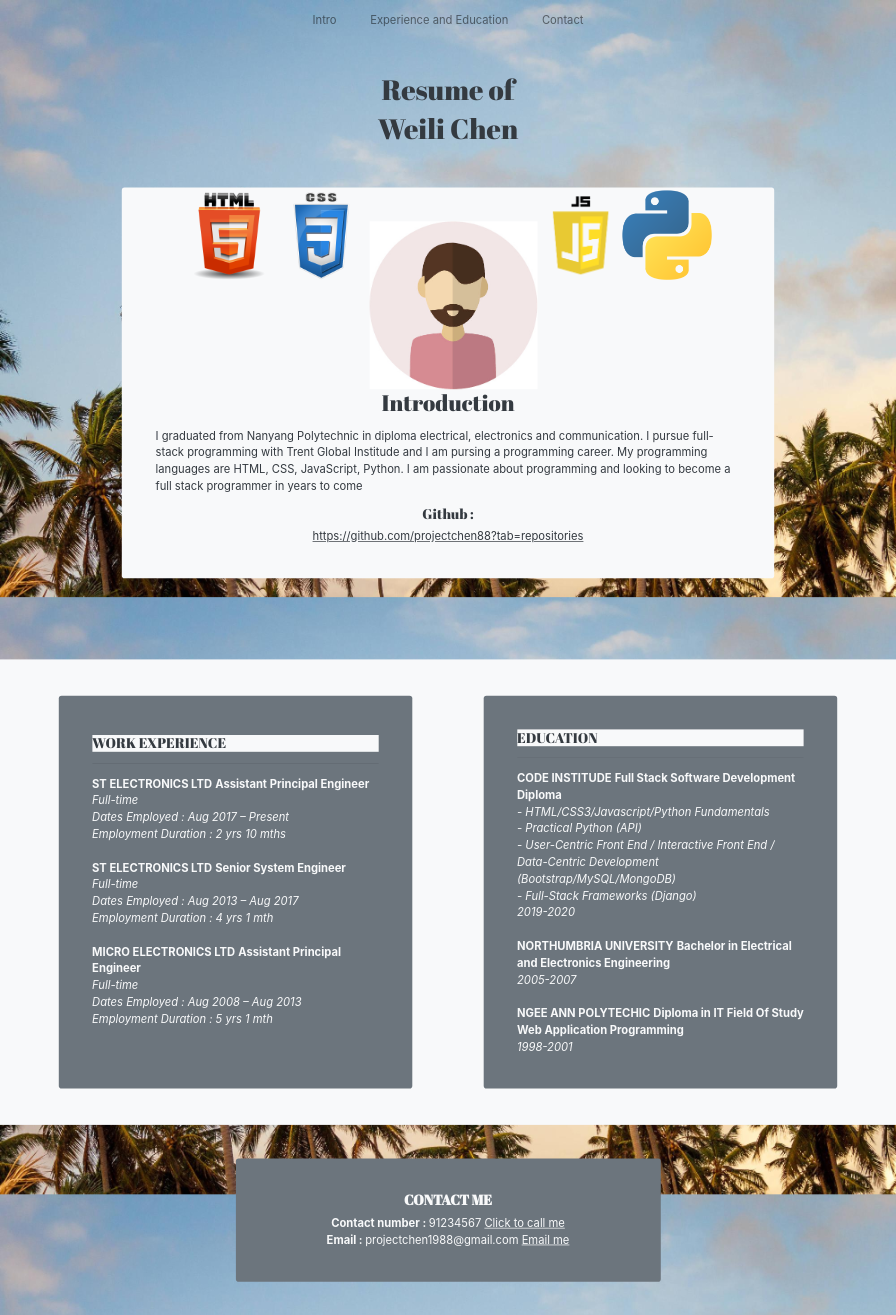
Repository: projectchen88/firstproject
Page: index.html
The author's editor kept a record of every edit. The page is drawn from the files as they stood at one moment, then again after the next edit.
The browser window is 1280 px wide. The pictures show the whole page, at 70% of full size.
Backgrounds fixed to the window are drawn as part of the page. Some web libraries are served in a nearby version.

Above is the page before.

### index.html
<!doctype html>
<html lang="en">

<head>
    <!-- Required meta tags -->
    <meta charset="utf-8">
    <meta name="viewport" content="width=device-width, initial-scale=1, shrink-to-fit=no">

    <!-- Bootstrap CSS -->
    <link rel="stylesheet" href="https://maxcdn.bootstrapcdn.com/bootstrap/4.0.0/css/bootstrap.min.css" integrity="sha384-Gn5384xqQ1aoWXA+058RXPxPg6fy4IWvTNh0E263XmFcJlSAwiGgFAW/dAiS6JXm" crossorigin="anonymous">

    <!--Nav Font-->
    <link href="https://fonts.googleapis.com/css2?family=Abril+Fatface&family=Lalezar&family=Passion+One:wght@700&display=swap" rel="stylesheet">

    <!--Font Awesome link-->
    <link rel="stylesheet" href="https://cdnjs.cloudflare.com/ajax/libs/font-awesome/4.7.0/css/font-awesome.min.css">

    <!--CSS Style Sheet-->
    <link href="styles/style.css" rel="stylesheet">

    <title>Chen Weili | Full Stack Programmer </title>

</head>

<body>
    <!--Navbar-->
    <nav class="navbar navbar-expand-lg navbar-light bg-transparent">
        <a class="navbar-brand d-sm-none d-block text-dark" href="#page-intro">My Resume</a>
        <button class="navbar-toggler" type="button" data-toggle="collapse" data-target="#navbarSupportedContent" aria-controls="navbarSupportedContent" aria-expanded="false" aria-label="Toggle navigation">
        <span class="navbar-toggler-icon"></span>
      </button>

        <div class="collapse navbar-collapse" id="navbarSupportedContent">
            <ul class="navbar-nav mx-auto">

                <li class="nav-item">
                    <a class="nav-link nav-link-custom mx-3" href="#page-intro">Intro</a>
                </li>
                <li class="nav-item">
                    <a class="nav-link nav-link-custom mx-3" href="#background">Experience and Education</a>
                </li>
                <li class="nav-item">
                    <a class="nav-link nav-link-custom mx-3" href="#contact">Contact</a>
                </li>
            </ul>
        </div>
    </nav>
    <!--end of navbar-->

    <!--Intro about myself-->
    <main id="page-intro" class='container-fluid p-5 text-dark'>
        <div class='text-center w-100'>
            <h1>Resume of</h1>
            <h1>Weili Chen</h1>
        </div>
        <div class="row p-md-5 p-1">
            <div class="col-md-10 col-12 text-center p-md-5 p-3 bg-light rounded mx-auto my-1">
                <div>
                    <img class='d-md-inline d-none logo1' src="images/html5.png"/>
                    <img class='d-md-inline d-none logo2' src="images/css.png"/>
                    <img id='portrait' src="images/portrait.jpg"/>
                    <img class='d-md-inline d-none logo3' src="images/javaScript.png"/>
                    <img class='d-md-inline d-none logo4' src="images/python.png"/>
                </div>
                <h2>Introduction</h2>
                <div class='text-left mt-3'>
                    <p> I graduated from Nanyang Polytechnic in diploma electrical, electronics and communication.
                        I pursue full-stack programming with Trent Global Institude and I am pursing a programming career.
                        My programming languages are HTML, CSS, JavaScript, Python.
                        I am passionate about programming and looking to become a full stack programmer in years to come</p>
                </div>
                <div>
                    <h5 class='text-dark'>Github : </h5>
                    <span><a class='text-dark' href='https://github.com/projectchen88?tab=repositories' target='blank'><u> https://github.com/projectchen88?tab=repositories</u></a></span>
                </div>
            </div>
        </div>

    </main>
    <!--end of intro-->

    <!--Background info - Experience and Education-->
    <section id="background" class='container-fluid mt-3 p-5 bg-light text-dark'>
    <div class="row">
            <div class="col-md-5 col-12 p-md-5 p-3 bg-secondary text-light rounded mx-auto my-1">
                <div class="mt-2">
                    <h5 class='text-dark bg-light'>WORK EXPERIENCE</h5>
                    <hr/>
                    <div>
                        <strong>ST ELECTRONICS LTD</strong>
                        <strong>Assistant Principal Engineer</strong><br/>
                        <i> Full-time<br/>
                            Dates Employed : Aug 2017 – Present<br/>
                            Employment Duration : 2 yrs 10 mths</i>
                    </div>
                    <br/>
                    <div>
                        <strong>ST ELECTRONICS LTD</strong>
                        <strong>Senior System Engineer</strong><br/>
                        <i> Full-time<br/>
                            Dates Employed : Aug 2013 – Aug 2017<br/>
                            Employment Duration : 4 yrs 1 mth</i>
                    </div>
                    <br/>
                    <div>
                        <strong>MICRO ELECTRONICS LTD</strong>
                        <strong>Assistant Principal Engineer</strong><br/>
                        <i> Full-time<br/>
                            Dates Employed : Aug 2008 – Aug 2013<br/>
                            Employment Duration : 5 yrs 1 mth</i>
                    </div>
                </div>
            </div>
            <div class="col-md-5 col-12 p-md-5 p-3 bg-secondary text-light rounded mx-auto my-1">
                <h5 class='text-dark bg-light'>EDUCATION</h5>
                <hr/>
                <div>
                    <strong>CODE INSTITUDE</strong>
                    <strong>Full Stack Software Development Diploma</strong><br/>
                    <i>- HTML/CSS3/Javascript/Python Fundamentals<br/>
                    - Practical Python (API)<br/>
                    - User-Centric Front End / Interactive Front End / Data-Centric Development (Bootstrap/MySQL/MongoDB)<br/>
                    - Full-Stack Frameworks (Django)</i><br/>
                    <i>2019-2020</i>
                </div>
                <br/>
                <div>
                    <strong>NORTHUMBRIA UNIVERSITY</strong>
                    <strong>Bachelor in Electrical and Electronics Engineering</strong><br/>
                    <i>2005-2007</i>
                </div>
                <br/>
                <div>
                    <strong>NGEE ANN POLYTECHIC</strong>
                    <strong>Diploma in IT Field Of Study Web Application Programming</strong><br/>
                    <i>1998-2001</i>
                </div>
            </div>
    </div>
    </section>
    <!--end of background-->

    <!--Contact Me section-->
    <section id='contact' class='container-fluid p-md-5 p-0'>
        <div class="row ">
            <div class="col-md-6 col-12 bg-secondary rounded text-light text-center mx-auto p-5">
                <h5><strong>CONTACT ME</strong></h5>
                <span ><strong>Contact number :  </strong></span> 91234567 <a class='text-light' href="tel:'91234567"><u>Click to call me</u></a><br/>
                <span ><strong>Email :  </strong></span> projectchen1988@gmail.com <a class='text-light' href="mailto:projectchen1988@gmail.com"><u>Email me</u></a>
            </div>
        </div>
    </section>
    <!--end of scontact-->

    <!-- Optional JavaScript -->
    <!-- jQuery first, then Popper.js, then Bootstrap JS -->
    <script src="https://code.jquery.com/jquery-3.2.1.slim.min.js" integrity="sha384-KJ3o2DKtIkvYIK3UENzmM7KCkRr/rE9/Qpg6aAZGJwFDMVNA/GpGFF93hXpG5KkN" crossorigin="anonymous"></script>
    <script src="https://cdnjs.cloudflare.com/ajax/libs/popper.js/1.12.9/umd/popper.min.js" integrity="sha384-ApNbgh9B+Y1QKtv3Rn7W3mgPxhU9K/ScQsAP7hUibX39j7fakFPskvXusvfa0b4Q" crossorigin="anonymous"></script>
    <script src="https://maxcdn.bootstrapcdn.com/bootstrap/4.0.0/js/bootstrap.min.js" integrity="sha384-JZR6Spejh4U02d8jOt6vLEHfe/JQGiRRSQQxSfFWpi1MquVdAyjUar5+76PVCmYl" crossorigin="anonymous"></script>
</body>

</html>

### styles/style.css
h1,h2, h5 {
    font-family: 'Abril Fatface', cursive;
}

body {
    height : 200px;
    height: auto;
    background-image: url('../images/palmtrees.jpg');
    background-repeat: no-repeat;
    background-position: center;
    background-size: cover;
    background-attachment: fixed;
}

#portrait {
    height : 15rem;
    width : auto;
}

.logo1 {
    height : 8rem;
    width : auto;
    position: relative;
    animation-name: drop-codes;
    animation-duration: 3s;
}
@keyframes drop-codes {
  0%   { left:0px; top:-100px;}
  10%  { left:0; top:0px;}
  20%  { left:0px; top:-50px;}
  35%  { left:0px; top:0px;}
  50%  { left:0px; top:-25px;}
  65%  { left:0px; top:0px;}
  75%  { left:0px; top:-12px;}
  85%  { left:0px; top:0px;}
  100% { left:0px; top:0px;}
}
.logo2 {
    height : 8rem;
    width : auto;
    position: relative;
    animation-name: drop-codes;
    animation-duration: 6s;
}
@keyframes drop-codes {
  0%   { left:0px; top:-100px;}
  15%  { left:0; top:0px;}
  25%  { left:0px; top:-50px;}
  35%  { left:0px; top:0px;}
  50%  { left:0px; top:-25px;}
  65%  { left:0px; top:0px;}
  85%  { left:0px; top:-12px;}
  100% { left:0px; top:0px;}
}
.logo3 {
    height : 8rem;
    width : auto;
    position: relative;
    animation-name: drop-codes;
    animation-duration: 5s;
}
@keyframes drop-codes {
  0%   { left:0px; top:-100px;}
  18%  { left:0; top:0px;}
  29%  { left:0px; top:-50px;}
  35%  { left:0px; top:0px;}
  45%  { left:0px; top:-25px;}
  55%  { left:0px; top:0px;}
  75%  { left:0px; top:-12px;}
  85%  { left:0px; top:-0px;}
  95%  { left:0px; top:-25px;}
  100% { left:0px; top:0px;}
}
.logo4 {
    height : 8rem;
    width : auto;
    position: relative;
    animation-name: drop-codes;
    animation-duration: 8s;
}
@keyframes drop-codes {
  0%   { left:0px; top:-100px;}
  15%  { left:0; top:0px;}
  25%  { left:0px; top:-50px;}
  35%  { left:0px; top:0px;}
  50%  { left:0px; top:-25px;}
  65%  { left:0px; top:0px;}
  85%  { left:0px; top:-12px;}
  100% { left:0px; top:0px;}
}

After the next edit:
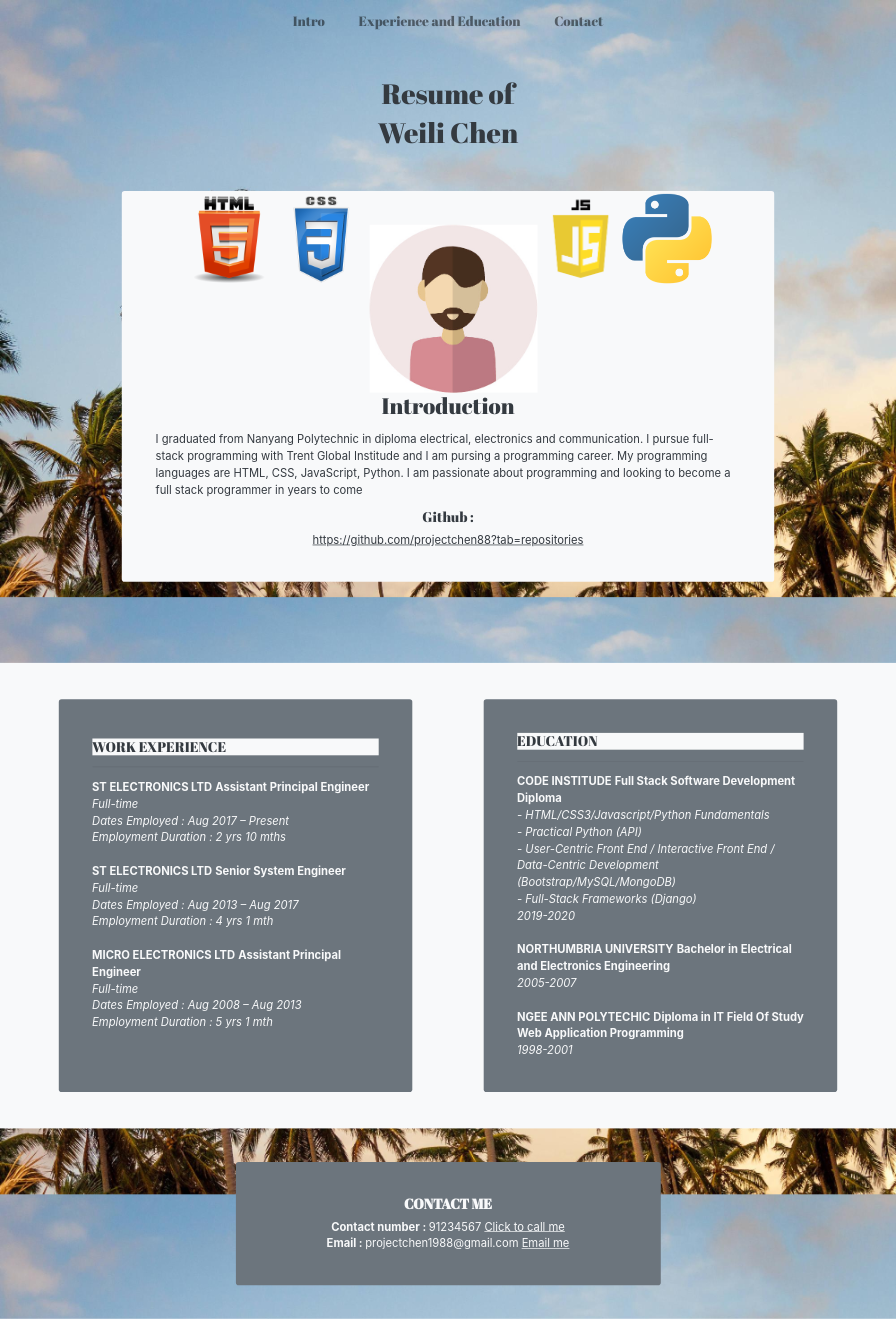
The edit:
--- a/styles/style.css
+++ b/styles/style.css
@@ -1,7 +1,14 @@
 h1,h2, h5 {
     font-family: 'Abril Fatface', cursive;
 }
-
+.navbar-brand {
+    font-family: 'Abril Fatface', cursive;
+    font-size: 1.6rem;
+}
+.nav-link-custom {
+    font-family: 'Abril Fatface', cursive;
+    font-size: 1.2rem;
+}
 body {
     height : 200px;
     height: auto;
